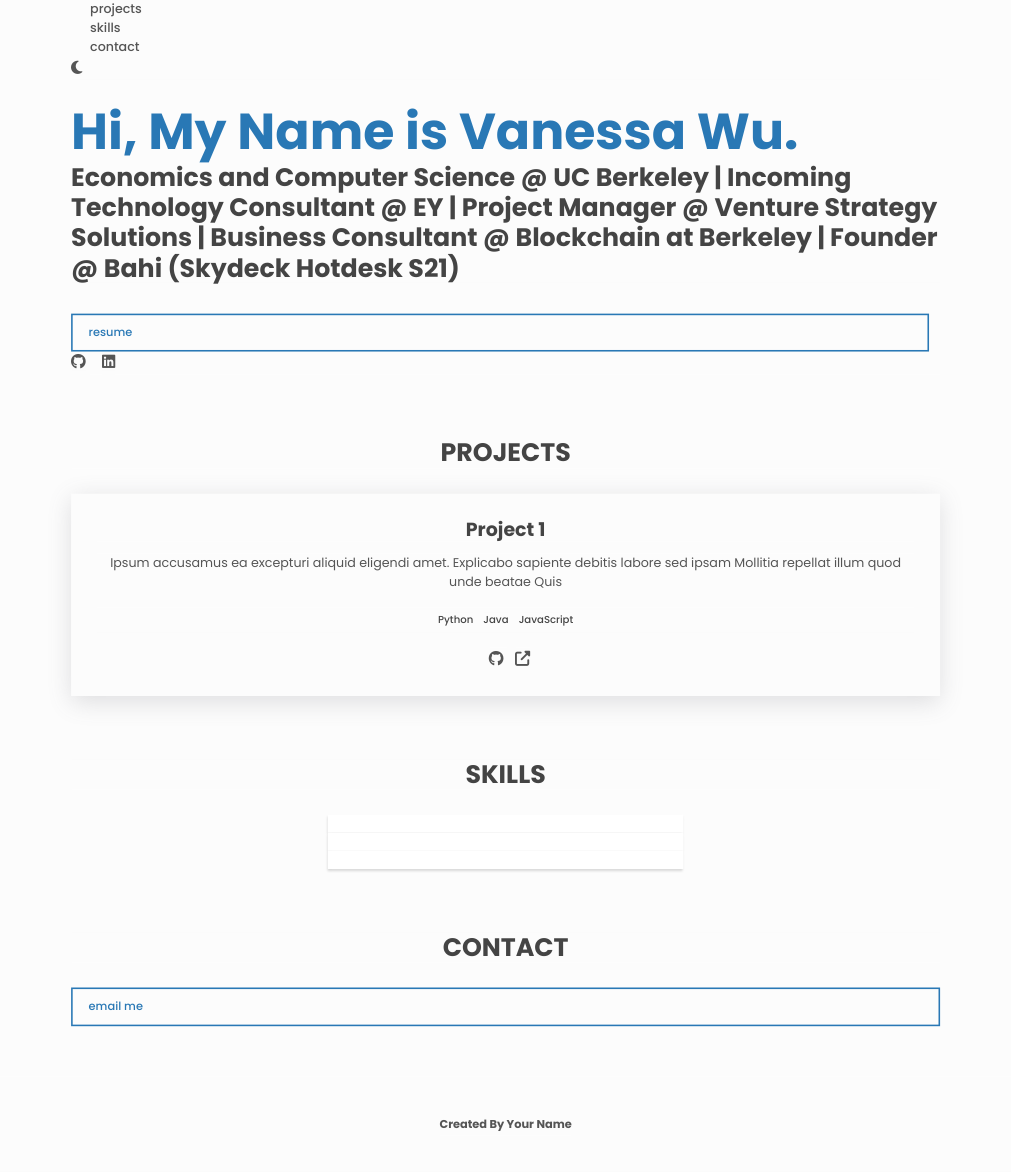
Repository: indiansummer1022/Cubstart
Page: Web Track/hw1/index.html
An editor plug-in stored every save of this project. The page is shown before and after the next save, followed by the edit.
The browser window is 1280 px wide. The pictures show the whole page, at 79% of full size.
Some web libraries are served in a nearby version.

Above is the page before, as saved 2022-02-15 21:11:40.

### Web Track/hw1/index.html
<!DOCTYPE html>
<html lang="en">

<head>
  <meta charset="UTF-8" />
  <meta name="viewport" content="width=device-width, initial-scale=1" />
  <meta name="description" content="Portfolio" />
  <link rel="preconnect" href="https://fonts.googleapis.com" />
  <link rel="preconnect" href="https://fonts.gstatic.com" crossorigin />
  <link href="https://fonts.googleapis.com/css2?family=Poppins:wght@400;500;700&display=swap" rel="stylesheet" />
  <script src="https://kit.fontawesome.com/fa62c117c7.js" crossorigin="anonymous"></script>
  <!-- BEGIN PART 1 -->
  <link rel="stylesheet" href ="styles.css">
  <title>Vanessa Wu</title>
  <!-- END PART 1 -->
</head>

<body class="light" id="top">
  <header class="header center">
    <!-- BEGIN PART 2 -->
    <h3>
        <a href="index.html"></a>
    </h3>
    <!-- END PART 2 -->
    <nav class="nav center">
      <ul class="nav__list center">
        <li class="nav__list-item">
          <a class="link link--nav" href="#projects">Projects</a>
        </li>
        <li class="nav__list-item">
          <a class="link link--nav" href="#skills">Skills</a>
        </li>
        <li class="nav__list-item">
          <a class="link link--nav" href="#contact">Contact</a>
        </li>
      </ul>

      <!-- BEGIN PART 5 -->

      <button type="button" aria-label="toggle theme" class="btn btn--icon">
        <i id="btn-theme" class="fas fa-moon"></i>
      </button>

      <!--
        5.1: What does this button tag correspond to on the site?

        Corresponds to the moon icon on top left of the page which to change the light/ dark theme of the website.

      -->

      <button type="button" aria-label="toggle navigation" class="btn btn--icon nav__hamburger">
        <i class="fas fa-bars"></i>
      </button>

      <!--
        5.2: Try Ctrl-F in styles.css and look the class 'nav__hamburger'. You'll notice that it
        appears in 2 places. Why is one of the rules 'display: none' on one instance? How do you
        make it so that this button appears on screen?
        Hint: remember what @media (max-width: 600px) means.

        1. @media (max-width: 600px) is for mobile so hamburger is set to appear on the screen if it is the mobile version.
        The element is hidden if it is the desktop version. [referring: @hannahmcg]
        2. Change 'display: none' to flex so this button will appear.

      -->

      <!-- END PART 5 -->
    </nav>
  </header>

  <main>
    <div class="about center">
      <!-- BEGIN PART 6 -->
      <h1 class="about__name"> Hi, My Name is Vanessa Wu.</h1>
      <h2 class="about_role">
        Economics and Computer Science @ UC Berkeley
        | Incoming Technology Consultant @ EY
        | Project Manager @ Venture Strategy Solutions
        | Business Consultant @ Blockchain at Berkeley
        | Founder @ Bahi (Skydeck Hotdesk S21)
      </h2>
      <!-- END PART 6 -->
      <div class="about__contact center">
        <a href="https://example.com">
          <span class="btn btn--outline">Resume</span>
        </a>

        <a href="https://github.com/" aria-label="github" class="link link--icon">
          <i aria-hidden="true" class="fab fa-github"></i>
        </a>

        <a href="https://linkedin.com/in/" aria-label="linkedin" class="link link--icon">
          <i aria-hidden="true" class="fab fa-linkedin"></i>
        </a>
      </div>
    </div>
    <section id="projects" class="section projects">
      <h2 class="section__title">Projects</h2>
      <div class="projects__grid">
        <!-- BEGIN PART 8 -->
        <div class="project">
          <h3>Project 1</h3>
          <p class="project__description">
            Ipsum accusamus ea excepturi aliquid eligendi amet. Explicabo
            sapiente debitis labore sed ipsam Mollitia repellat illum quod
            unde beatae Quis
          </p>
          <ul class="project__stack">
            <li class="project__stack-item">Python</li>
            <li class="project__stack-item">Java</li>
            <li class="project__stack-item">JavaScript</li>
          </ul>

          <a href="https://github.com" aria-label="source code" class="link link--icon">
            <i aria-hidden="true" class="fab fa-github"></i>
          </a>
          <a href="https://example.com" aria-label="live preview" class="link link--icon">
            <i aria-hidden="true" class="fas fa-external-link-alt"></i>
          </a>
        </div>
        <!-- END PART 8 -->
      </div>
    </section>


    <section class="section skills" id="skills">
      <!-- BEGIN PART 10 -->
      <h2 class="section__title">Skills</h2>
      <ul class="skills__list">
        <li class="skills__list-item btn btn--plain"></li>
        <li class="skills__list-item btn btn--plain"></li>
        <li class="skills__list-item btn btn--plain"></li>
      </ul>
      <!-- END PART 10 -->
    </section>
    <section class="section contact center" id="contact">
      <h2 class="section__title">Contact</h2>
      <a href="mailto:youremail@gmail.com">
        <span class="btn btn--outline">Email me</span>
      </a>
    </section>
  </main>

  <footer class="footer">
    <!-- BEGIN PART 12 -->
    <a href="/" class="link footer__link">
      Created By Your Name
    </a>
    <!-- END PART 12 -->
  </footer>


  <div class="scroll-container">
    <div class="scroll-top">
      <a aria-label="Scroll up" href="#top">
        <i aria-hidden="true" class="fas fa-arrow-up"></i>
      </a>
    </div>
  </div>
  <script src="./script.js"></script>
</body>

</html>

### Web Track/hw1/styles.css
/*===============
  global styles
===============*/

* {
  padding: 0;
  margin: 0;
  border: 0;
  outline: 0;
  background-color: inherit;
  color: inherit;
  font-family: inherit;
  font-size: inherit;
  box-shadow: none;
  box-sizing: border-box;
}

html {
  scroll-behavior: smooth;
}

body {
  font-family: "Poppins", sans-serif;
  line-height: 1.5;
  color: var(--clr-fg);
  background-color: var(--clr-bg);
}

.light {
  --clr-bg: #fcfcfc;
  --clr-bg-alt: #fff;
  --clr-fg: #555;
  --clr-fg-alt: #444;
  --clr-primary: #2978b5;
  --shadow: rgba(100, 100, 111, 0.2) 0px 7px 29px 0px;
}

.dark {
  --clr-bg: #23283e;
  --clr-bg-alt: #2a2f4c;
  --clr-fg: #bdbddd;
  --clr-fg-alt: #cdcdff;
  --clr-primary: #90a0d9;
  --shadow: rgba(0, 0, 0, 0.16) 0px 10px 36px 0px,
    rgba(0, 0, 0, 0.06) 0px 0px 0px 1px;
}

::-moz-selection {
  background: var(--clr-primary);
  color: var(--clr-bg);
}

::-webkit-selection,
::selection {
  background: var(--clr-primary);
  color: var(--clr-bg);
}

h1,
h2,
h3,
h4 {
  line-height: 1.2;
  color: var(--clr-fg-alt);
}

h1 {
  font-size: 4rem;
}

h2 {
  font-size: 2rem;
}

h3 {
  font-size: 1.5rem;
}

h4 {
  font-size: 1.3rem;
}

ul {
  list-style-type: none;
}

a {
  text-decoration: none;
}

button {
  cursor: pointer;
}

@media (max-width: 900px) {
  h1 {
    font-size: 2.6rem;
  }
}

/*===================
  buttons and links
===================*/

.link {
  color: var(--clr-primary);
  padding: 0 0 0.3em 0;
  position: relative;
}

.link:hover {
  color: var(--clr-primary);
}

/* BEGIN PART 4 */

.link::before {
  content: "";
  display: inline;
  width: 0%;
  height: 0.2em;
  position: absolute;
  bottom: 0;
  background-color: var(--clr-primary);
  /* transition: */
}

.link:hover::before,
.link:focus::before {
  width: 100%;
  transition: property width, duration 5s, timing-function ease-in;
}

/* END PART 4 */

.link--nav {
  color: var(--clr-fg);
  text-transform: lowercase;
  font-weight: 500;
}

.link--icon {
  color: var(--clr-fg);
  font-size: 1.2rem;
}

.btn {
  display: block;
  padding: 0.8em 1.4em;
  font-weight: 500;
  font-size: 0.9rem;
  text-transform: lowercase;
  transition: transform 0.2s ease-in-out;
}

.btn--outline {
  color: var(--clr-primary);
  border: 2px solid var(--clr-primary);
  position: relative;
  overflow: hidden;
  z-index: 1;
}

.btn--outline:focus,
.btn--outline:hover {
  color: var(--clr-bg);
}

.btn--outline:before {
  content: "";
  position: absolute;
  background-color: var(--clr-primary);
  right: 100%;
  bottom: 0;
  left: 0;
  top: 0;
  z-index: -1;
  transition: right 0.2s ease-in-out;
}

.btn--outline:hover::before,
.btn--outline:focus::before {
  right: 0;
}

.btn--plain {
  text-transform: initial;
  background-color: var(--clr-bg-alt);
  box-shadow: rgba(0, 0, 0, 0.15) 0px 3px 3px 0px;
  border: 0;
}

.btn--plain:hover {
  transform: translateY(-4px);
}

.btn--icon {
  padding: 0;
  font-size: 1.2rem;
}

.btn--icon:hover,
.btn--icon:focus {
  color: var(--clr-primary);
}

.btn--icon:active {
  transform: translateY(-5px);
}

/*========
  layout
========*/

/* BEGIN PART 3 */

.center {
  justify-content: center;
  flex-direction: column;
}

.header {
  height: 8em;
  max-width: 1100px;
  width: 95%;
  margin: 0 auto;
  /* justify-content: */
  justify-content: space-around;
}

/* END PART 3 */

main {
  max-width: 1100px;
  width: 95%;
  margin: 0 auto;
}

.section {
  margin-top: 5em;
}

.section__title {
  text-align: center;
  margin-bottom: 1em;
  text-transform: uppercase;
}

.nav__list {
  margin-right: 1.5em;
  display: flex;
}

.nav__list-item {
  margin-left: 1.5em;
}

.nav__hamburger {
  display: none;
  width: 1em;
}

/* BEGIN PART 7 */

.about {
}

/* END PART 7 */

.about__name {
  color: var(--clr-primary);
}

.about__role {
  margin-top: 1.2em;
}

.about__desc {
  font-size: 1rem;
  max-width: 600px;
}

.about__desc,
.about__contact {
  margin-top: 2.4em;
}

.about .link--icon {
  margin-right: 0.8em;
}

.about .btn--outline {
  margin-right: 1em;
}

/* BEGIN PART 9 */

.projects__grid {
  max-width: 1100px;
  margin: 0 auto;
  /* display: */
  /* grid-template-columns: */
  /* grid-gap: */
}

/* END PART 9 */

.project {
  padding: 2em;
  margin: 0 auto;
  text-align: center;
  box-shadow: var(--shadow);
  transition: transform 0.2s linear;
}

.project:hover {
  transform: translateY(-7px);
}

.project__description {
  margin-top: 1em;
}

.project__stack {
  display: flex;
  flex-wrap: wrap;
  justify-content: center;
  margin: 1.2em 0;
}

.project__stack-item {
  margin: 0.5em;
  font-weight: 500;
  font-size: 0.8rem;
  color: var(--clr-fg-alt);
}

.project .link--icon {
  margin-left: 0.5em;
}

/* BEGIN PART 11 */

.skills__list {
  max-width: 450px;
  width: 95%;
  margin: 0 auto;
  /* display: */
  /* flex-wrap: */
  /* justify-content: */
}

.skills__list-item {
}

/* END PART 11 */

.contact {
  flex-direction: column;
}

.footer {
  padding: 3em 0;
  margin-top: 4em;
  text-align: center;
}

.footer__link {
  font-size: 0.9rem;
  font-weight: 700;
  color: var(--clr-fg);
}

.scroll-top {
  display: none;
  position: fixed;
  bottom: 1em;
  right: 2em;
  background-color: transparent;
  font-size: 1.8rem;
  transition: transform 0.2s ease-in-out;
}

@media (max-width: 600px) {
  .header {
    height: 6em;
  }

  .section {
    margin-top: 4em;
  }

  .nav__list {
    flex-direction: column;
    padding: 4em 0;
    position: absolute;
    right: 0;
    left: 0;
    top: 5em;
    background-color: var(--clr-bg);
    width: 0;
    overflow: hidden;
    transition: width 0.2s ease-in-out;
  }

  .display-nav-list {
    width: 100%;
  }

  .nav__list-item {
    margin: 0.5em 0;
  }

  .nav__hamburger {
    display: flex;
    margin-left: 0.8em;
  }

  .about {
    align-items: flex-start;
    margin-top: 2em;
  }

  .footer {
    padding: 2em;
    margin-top: 3em;
  }

  .scroll-container {
    display: none;
  }
}

### Web Track/hw1/script.js
const body = document.body

const btnTheme = document.querySelector('.fa-moon')
const btnHamburger = document.querySelector('.fa-bars')

const addThemeClass = (bodyClass, btnClass) => {
  body.classList.add(bodyClass)
  btnTheme.classList.add(btnClass)
}

const getBodyTheme = localStorage.getItem('portfolio-theme')
const getBtnTheme = localStorage.getItem('portfolio-btn-theme')

addThemeClass(getBodyTheme, getBtnTheme)

const isDark = () => body.classList.contains('dark')

const setTheme = (bodyClass, btnClass) => {

	body.classList.remove(localStorage.getItem('portfolio-theme'))
	btnTheme.classList.remove(localStorage.getItem('portfolio-btn-theme'))

  addThemeClass(bodyClass, btnClass)

	localStorage.setItem('portfolio-theme', bodyClass)
	localStorage.setItem('portfolio-btn-theme', btnClass)
}

const toggleTheme = () =>
	isDark() ? setTheme('light', 'fa-moon') : setTheme('dark', 'fa-sun')

btnTheme.addEventListener('click', toggleTheme)

const displayList = () => {
	const navUl = document.querySelector('.nav__list')

	if (btnHamburger.classList.contains('fa-bars')) {
		btnHamburger.classList.remove('fa-bars')
		btnHamburger.classList.add('fa-times')
		navUl.classList.add('display-nav-list')
	} else {
		btnHamburger.classList.remove('fa-times')
		btnHamburger.classList.add('fa-bars')
		navUl.classList.remove('display-nav-list')
	}
}

btnHamburger.addEventListener('click', displayList)

const scrollUp = () => {
	const btnScrollTop = document.querySelector('.scroll-top')

	if (
		body.scrollTop > 500 ||
		document.documentElement.scrollTop > 500
	) {
		btnScrollTop.style.display = 'block'
	} else {
		btnScrollTop.style.display = 'none'
	}
}

document.addEventListener('scroll', scrollUp)

After the next save:
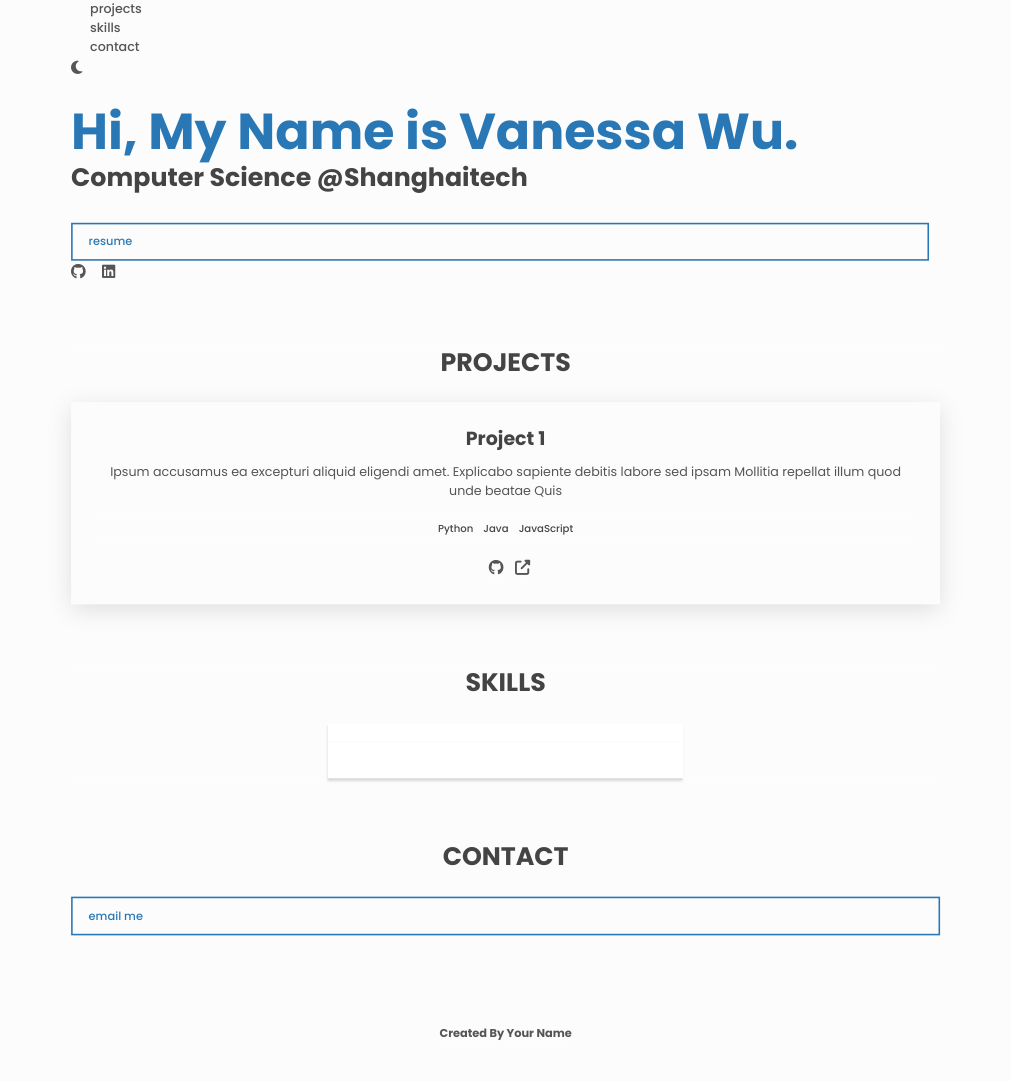
Saved 25 s later.
--- a/Web Track/hw1/index.html
+++ b/Web Track/hw1/index.html
@@ -73,11 +73,7 @@
       <!-- BEGIN PART 6 -->
       <h1 class="about__name"> Hi, My Name is Vanessa Wu.</h1>
       <h2 class="about_role">
-        Economics and Computer Science @ UC Berkeley
-        | Incoming Technology Consultant @ EY
-        | Project Manager @ Venture Strategy Solutions
-        | Business Consultant @ Blockchain at Berkeley
-        | Founder @ Bahi (Skydeck Hotdesk S21)
+        Computer Science @Shanghaitech
       </h2>
       <!-- END PART 6 -->
       <div class="about__contact center">
